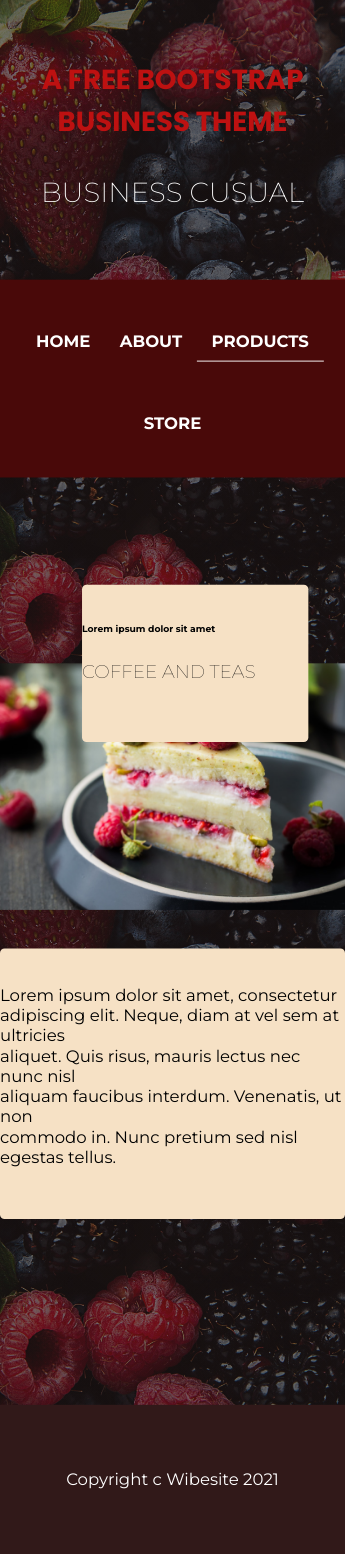
Repository: wadelfadill/tache_7_Business_bootstrap_theme
Page: product.html
An editor plug-in stored every save of this project. The page is shown before and after the next save, followed by the edit.
The browser window is 375 px wide. The pictures show the whole page, at 92% of full size.
Backgrounds fixed to the window are drawn as part of the page.

Above is the page before, as saved 2023-04-28 11:44:12.

### product.html
<!DOCTYPE html>
<html lang="en">
<head>
    <meta charset="UTF-8">
    <meta http-equiv="X-UA-Compatible" content="IE=edge">
    <meta name="viewport" content="width=device-width, initial-scale=1.0">
    <!------ title of website ------>
    <title>Business website</title>
    <!------ Bootstrap cdn link ------>
    <link href="https://cdn.jsdelivr.net/npm/bootstrap@5.1.3/dist/css/bootstrap.min.css" rel="stylesheet" integrity="sha384-1BmE4kWBq78iYhFldvKuhfTAU6auU8tT94WrHftjDbrCEXSU1oBoqyl2QvZ6jIW3" crossorigin="anonymous">
    <!------- css link -------------->
    <link rel="stylesheet" href="css/style.css">
    <link rel="stylesheet" href="css/product_style.css">
    <!---------Google Fonts links ---------->
    <link rel="preconnect" href="https://fonts.googleapis.com">
    <link rel="preconnect" href="https://fonts.gstatic.com" crossorigin>
    <link href="https://fonts.googleapis.com/css2?family=Montserrat:wght@100;200;400;700&family=Poppins:wght@700&display=swap" rel="stylesheet">

</head>
<body>
    <!-- ========== Start Header Section ========== -->
    <header id="header">
        <h2 class="first_title text-center">A FREE BOOTSTRAP BUSINESS THEME</h2>
        <h1 class="second_title text-center">BUSINESS CUSUAL</h1>
        <!-- ========== Start navbar  Section ========== -->
        <nav class="my-auto mt-5">
            <div class="container my-auto">
                <ul class="nav justify-content-center">
                    <li class="nav-item">
                      <a class="nav-link" aria-current="page" href="index.html">HOME</a>
                    </li>
                    <li class="nav-item">
                      <a class="nav-link" href="about.html">ABOUT</a>
                    </li>
                    <li class="nav-item">
                      <a class="nav-link active" href="product.html">PRODUCTS</a>
                    </li>
                    <li class="nav-item">
                      <a class="nav-link" href="store.html">STORE</a>
                    </li>
                </ul>
            </div>
        </nav>
        <!-- ========== End navbar  Section ========== -->
    </header>
    <!-- ========== End Header Section ========== -->
    <!-- ========== Start Main Section ========== -->
    <main>
      <!-- ========== Start First Section ========== -->
      <section id="first_section">
        <div class="container">
          <div class="row justify-content-center">
            <div class="col photo_fisrt position-relative">
              <div class="box-top position-relative top-0 start-100 translate-middle">
                <p class="p1">Lorem ipsum dolor sit amet</p>
                <p class="p2">COFFEE AND TEAS</p>
              </div>
              <div class="box-bottom">
                <p>Lorem ipsum dolor sit amet, consectetur <br>
                  adipiscing elit. Neque, diam at vel sem at ultricies <br>
                  aliquet. Quis risus, mauris lectus nec nunc nisl <br>
                  aliquam faucibus interdum. Venenatis, ut non <br>
                  commodo in. Nunc pretium sed nisl egestas tellus.</p>
              </div>
            </div>
          </div>
        </div>
      </section>
      <!-- ========== End First Section ========== -->
    </main>
    <!-- ========== End Main Section ========== -->
    <footer id="footer">
        <p class="text-center">Copyright c Wibesite 2021</p>
    </footer>



    <!------ Bootstrap script -------->
    <script src="https://cdn.jsdelivr.net/npm/bootstrap@5.1.3/dist/js/bootstrap.bundle.min.js" integrity="sha384-ka7Sk0Gln4gmtz2MlQnikT1wXgYsOg+OMhuP+IlRH9sENBO0LRn5q+8nbTov4+1p" crossorigin="anonymous"></script>
</body>
</html>

### css/style.css
/* ===== General ====== */

:root{
    --red-color: #BD1111;
    --bg-red:#490909;
    --white-color: #FFFFFF;
    --black-color: #000000;
    --bg-beize:#F6E1C5;
    --bg-red-black: #311919;
    --bg-red-opac:rgba(165, 52, 43, 0.69);
    --red-border: #CD5449;
}
*{
    margin: 0;
    padding: 0;
}
body{
    padding: 0;
    margin: 0;
    background-image: linear-gradient(rgba(34, 24, 24, 0.6), rgba(34, 24, 24, 0.6)), url("../images/1.jpeg");
    background-position: center;
    background-size: cover;
    background-repeat: no-repeat;
    background-attachment: fixed;
}
/* ===== squelette ====== */
/* ===== header section ====== */
/* ===== header titles ======= */
#header .first_title{
    font-family: 'Poppins';
    font-style: normal;
    font-weight: 700;
    font-size: 30px;
    line-height: 45px;
    color: var(--red-color);
    margin-top: 65px;
}
#header .second_title{
    font-family: 'Montserrat';
    font-style: normal;
    font-weight: 200;
    font-size: 76px;
    line-height: 93px;
    color: var(--white-color);
}
/* ====== header navbar ======*/
#header nav{
    background: var(--bg-red);
    height: 124px;
}
#header nav ul li{
    margin-top: 48px;
}
#header nav a{
    font-family: 'Montserrat';
    font-style: normal;
    font-weight: 700;
    font-size: 18px;
    line-height: 22px;
    color: var(--white-color);
}
#header nav a.active{
    padding-bottom: 10px;
    border-bottom: 1px solid white;
}
/* ==== Main section ==========*/
/* main{
    height: 1000px;
} */
/* ====== footer section ====== */
#footer{
    height: 162px;
    background: var(--bg-red-black);
    padding-top: 70px;
}
#footer p{
    font-family: 'Montserrat';
    font-style: normal;
    font-weight: 400;
    font-size: 18px;
    line-height: 22px;
    color: var(--white-color);
}


/* ===== responsive css ======*/
@media screen and (max-width:550px) {
    #header .second_title{
        font-size: 30px;
    }
    #header nav{
        height: max-content;
        padding-bottom: 40px;
    }
}

### css/product_style.css
/* ===== General ====== */

:root{
    --red-color: #BD1111;
    --bg-red:#490909;
    --white-color: #FFFFFF;
    --black-color: #000000;
    --bg-beize:#F6E1C5;
    --bg-red-black: #311919;
    --bg-red-opac:rgba(165, 52, 43, 0.69);
    --red-border: #CD5449;
}


/* ==========first section ========= */
#first_section{
    margin-top: 202px;
    margin-bottom: 202px;
    width: 100%;
}
#first_section .photo_fisrt{
    max-width: 844px;
    height: 604px;
    background: url("../images/gateau-p.png");
    background-size: cover;
    background-repeat: no-repeat;
    align-self: center;
}
#first_section .box-top{
    max-width: 413px;
    min-height: 150px;
    background: var(--bg-beize);
    padding-top: 39px;
    padding-bottom: 39px;
    border-radius: 5px;
    width: max-content;
}
#first_section .box-top .p1{
    font-family: 'Montserrat';
    font-style: normal;
    font-weight: 600;
    font-size: 14px;
    line-height: 17px;
    color: #000000;
}
#first_section .box-top .p2{
    font-family: 'Montserrat';
    font-style: normal;
    font-weight: 100;
    font-size: 36px;
    line-height: 44px;
    color: #000000;
}
#first_section .box-bottom{
    max-width: 521px;
    min-height: 189px;
    padding-top: 40px;
    padding-bottom: 40px;
    position: absolute;
    bottom: -100px;
    left: -150px;
    background: var(--bg-beize);
    border-radius: 5px;
}
#first_section .box-bottom p{
    font-family: 'Montserrat';
    font-style: normal;
    font-weight: 400;
    font-size: 18px;
    line-height: 22px;
    color: #000000;
}

/* ============== responsive css ================ */
@media screen and (max-width:1200px) {
    #first_section .box-bottom{
        left: 50px;
    }
    #first_section .box-top{
        left: 300px !important;
    }

}
@media screen and (max-width:578px) {
    #first_section .box-bottom{
        left: 0px;
        width: auto;
        bottom: 0;
    }
    #first_section .box-top{
        left: 200px !important;
        width: 70%;
    }
    #first_section .box-top .p1{
        font-size: 10px;
    }
    #first_section .box-top .p2{
        font-size:20px;
    }
    #first_section .photo_fisrt{
        background-size: contain;
    }
}

After the next save:
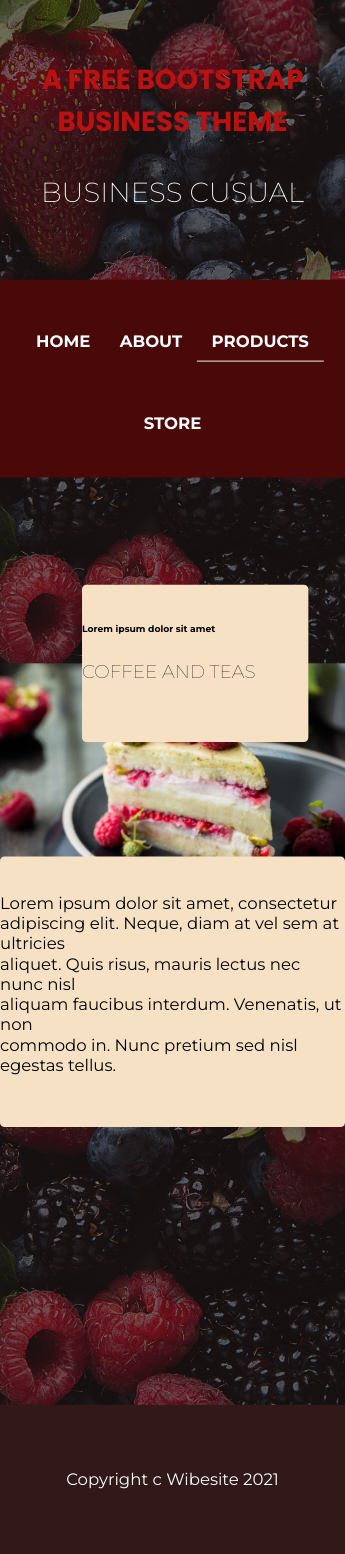
Saved 36 s later.
--- a/css/product_style.css
+++ b/css/product_style.css
@@ -85,7 +85,7 @@
     #first_section .box-bottom{
         left: 0px;
         width: auto;
-        bottom: 0;
+        bottom: 100px;
     }
     #first_section .box-top{
         left: 200px !important;
